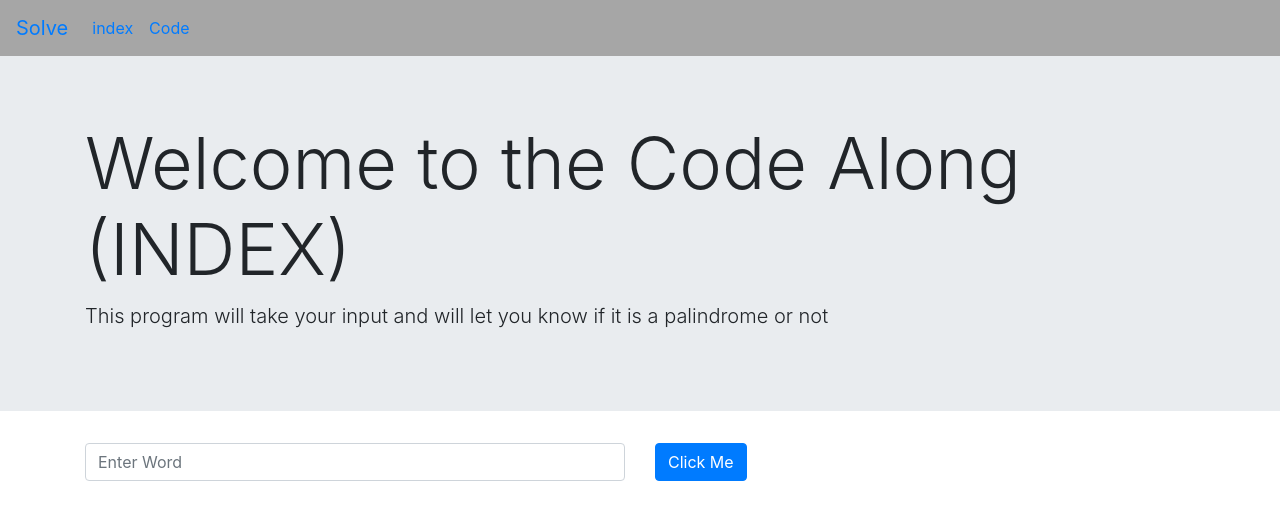
Repository: zhadjah9559/TacocatGrammar
Page: solve.html
An editor plug-in stored every save of this project. The page is shown before and after the next save, followed by the edit.
The browser window is 1280 px wide. The pictures show the whole page.

Above is the page before, as saved 2021-01-11 23:32:42.

### solve.html
<!doctype html>
<html lang="en">
  <head>
    <title>Solve</title>
    <!-- Required meta tags -->
    <meta charset="utf-8">
    <meta name="viewport" content="width=device-width, initial-scale=1, shrink-to-fit=no">

    <!-- Bootstrap CSS -->
    <link rel="stylesheet" href="https://stackpath.bootstrapcdn.com/bootstrap/4.3.1/css/bootstrap.min.css" integrity="sha384-ggOyR0iXCbMQv3Xipma34MD+dH/1fQ784/j6cY/iJTQUOhcWr7x9JvoRxT2MZw1T" crossorigin="anonymous">
  </head>
  <body>


    <nav class="navbar navbar-expand-sm" style="background-color: #A6A6A6;">
        <a class="navbar-brand" href="#">Solve</a>
        <button class="navbar-toggler d-lg-none" type="button" data-toggle="collapse" data-target="#collapsibleNavId" aria-controls="collapsibleNavId"
            aria-expanded="false" aria-label="Toggle navigation"></button>
        <div class="collapse navbar-collapse" id="collapsibleNavId">
            <ul class="navbar-nav mr-auto mt-2 mt-lg-0">
                <li class="nav-item active">
                    <a class="nav-link" href="index.html">index <span class="sr-only">(current)</span></a>
                </li>
                <li class="nav-item">
                    <a class="nav-link" href="code.html">Code</a>
                </li>
            </ul>
        </div>
    </nav>


    <div class="jumbotron jumbotron-fluid">
        <div class="container">
            <h1 class="display-3">Welcome to the Code Along (INDEX)</h1>
            <p class="lead">This program will take your input and will let you know if it is a palindrome or not</p>
        </div>
    </div>


    <div class="container">
        <div class="row">
            <!--col 2 is input-->
            <div class="col">
                <input id="userInput" type="text" class="form-control" placeholder="Enter Word">
            </div>

            <!--col 3 is a button-->
            <!--but is what we'll use to iplement listner-->
            <div class="col">
                <button id="userInputBtn" class="btn btn-primary">Click Me</button>
            </div>
        </div>
    </div>




    <!-- Optional JavaScript -->
    <!-- jQuery first, then Popper.js, then Bootstrap JS -->
    <script src="https://code.jquery.com/jquery-3.3.1.slim.min.js" integrity="sha384-q8i/X+965DzO0rT7abK41JStQIAqVgRVzpbzo5smXKp4YfRvH+8abtTE1Pi6jizo" crossorigin="anonymous"></script>
    <script src="https://cdnjs.cloudflare.com/ajax/libs/popper.js/1.14.7/umd/popper.min.js" integrity="sha384-UO2eT0CpHqdSJQ6hJty5KVphtPhzWj9WO1clHTMGa3JDZwrnQq4sF86dIHNDz0W1" crossorigin="anonymous"></script>
    <script src="https://stackpath.bootstrapcdn.com/bootstrap/4.3.1/js/bootstrap.min.js" integrity="sha384-JjSmVgyd0p3pXB1rRibZUAYoIIy6OrQ6VrjIEaFf/nJGzIxFDsf4x0xIM+B07jRM" crossorigin="anonymous"></script>
  </body>
</html>

After the next save:
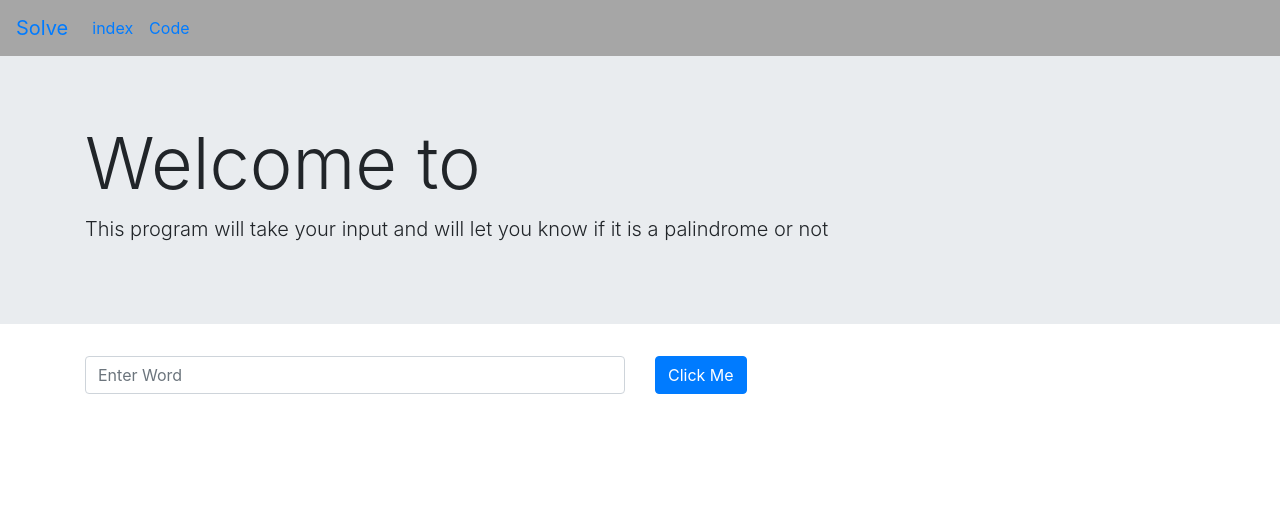
Saved 9 s later.
--- a/solve.html
+++ b/solve.html
@@ -31,7 +31,7 @@
 
     <div class="jumbotron jumbotron-fluid">
         <div class="container">
-            <h1 class="display-3">Welcome to the Code Along (INDEX)</h1>
+            <h1 class="display-3">Welcome to</h1>
             <p class="lead">This program will take your input and will let you know if it is a palindrome or not</p>
         </div>
     </div>
